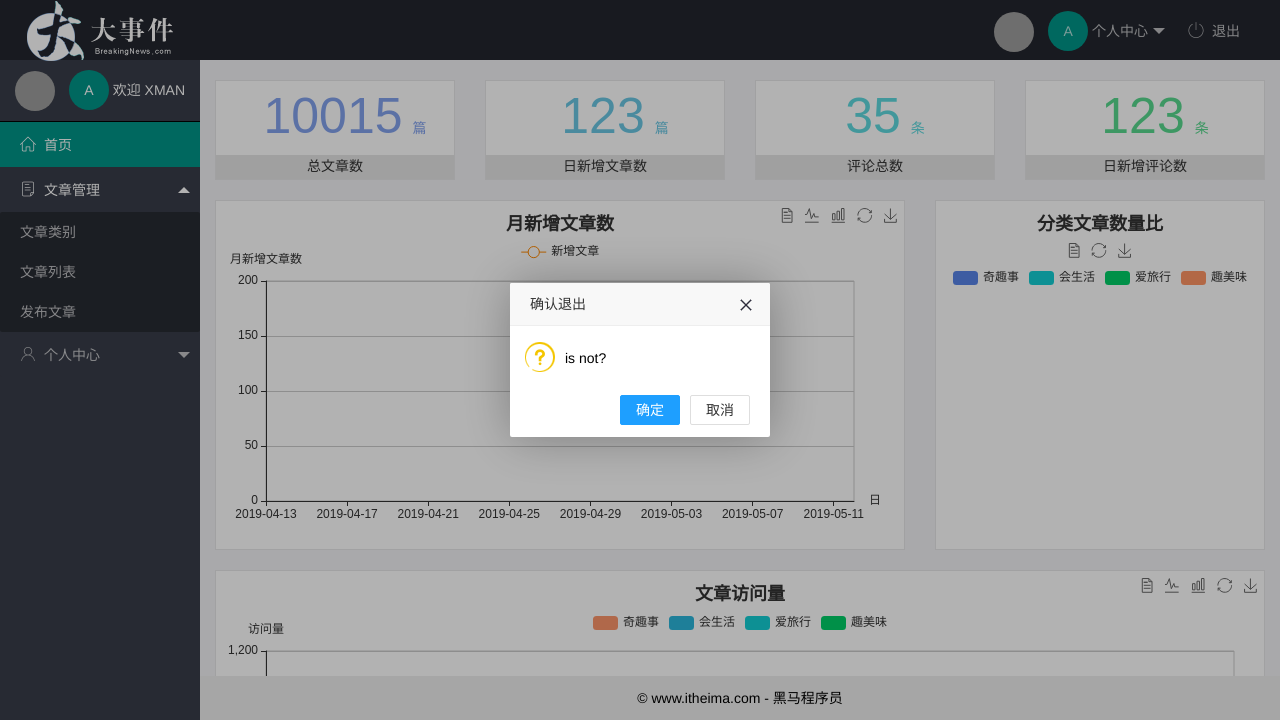
Repository: xxsleep/-
Page: home/index.html
The author's editor kept a copy of each file at every save. The page is drawn from the files as they stood at one save, then again after the next save.
The browser window is 1280 px wide. The pictures show the whole page.
After loading, the first visible `li.layui-nav-item` was clicked once.
Pictures or frames that could not be fetched are drawn as grey boxes. The page's requests for data from a server got no answer.

Above is the page before, as saved 2020-11-24 21:55:39.

### home/index.html
<!DOCTYPE html>
<html>

<head>
    <meta charset="utf-8">
    <meta name="viewport" content="width=device-width, initial-scale=1, maximum-scale=1">
    <title>75期大事件后台主页</title>
    <link rel="stylesheet" href="/assets/lib/layui/css/layui.css">
    <link rel="stylesheet" href="/assets/fonts/iconfont.css">
    <link rel="stylesheet" href="/assets/css/index.css">
</head>

<body class="layui-layout-body">
    <div class="layui-layout layui-layout-admin">
        <div class="layui-header">
            <div class="layui-logo">
                <img src="/assets/images/logo.png" alt="">
            </div>

            <ul class="layui-nav layui-layout-right">
                <li class="layui-nav-item">
                    <a href="javascript:;">
                        <img src="http://t.cn/RCzsdCq" class="layui-nav-img">
                        <span class="text-avatar">A</span>
                        个人中心
                    </a>
                    <dl class="layui-nav-child">
                        <dd><a href="">基本资料</a></dd>
                        <dd><a href="">更换头像</a></dd>
                        <dd><a href="">重置密码</a></dd>
                    </dl>
                </li>
                <li class="layui-nav-item"><a href=""><span class="iconfont icon-tuichu"></span>退出</a></li>
            </ul>
        </div>

        <div class="layui-side layui-bg-black">
            <div class="layui-side-scroll">
                <div class="userInfo">
                    <img src="http://t.cn/RCzsdCq" class="layui-nav-img">
                    <!-- text-avatar 文字头像 -->
                    <span class="text-avatar">A</span>
                    <span id="welcome">欢迎 XMAN</span>
                </div>
                <!-- 左侧导航区域（可配合layui已有的垂直导航） -->
                <ul class="layui-nav layui-nav-tree" lay-filter="test" lay-shrink="all">
                    <li class="layui-nav-item layui-this"><a href="/home/dashboard.html" target="layBody"><span
                                class="iconfont icon-home"></span>首页</a></li>

                    <li class="layui-nav-item layui-nav-itemed">
                        <a class="" href="javascript:;"><span class="iconfont icon-16"></span>文章管理</a>
                        <dl class="layui-nav-child">
                            <dd><a href="javascript:;">文章类别</a></dd>
                            <dd><a href="javascript:;">文章列表</a></dd>
                            <dd><a href="javascript:;">发布文章</a></dd>
                        </dl>
                    </li>
                    <li class="layui-nav-item">
                        <a href="javascript:;"><span class="iconfont icon-user"></span>个人中心</a>
                        <dl class="layui-nav-child">
                            <dd><a href="javascript:;">基本资料</a></dd>
                            <dd><a href="javascript:;">更换头像</a></dd>
                            <dd><a href="">重置密码</a></dd>
                        </dl>
                    </li>

                </ul>
            </div>
        </div>

        <div class="layui-body">
            <!-- 内容主体区域 -->
            <iframe src="/home/dashboard.html" frameborder="0" name="layBody"></iframe>
        </div>

        <div class="layui-footer">
            <!-- 底部固定区域 -->
            © www.itheima.com - 黑马程序员
        </div>
    </div>
    <script src="/assets/lib/jquery.js"></script>
    <script src="/assets/js/ajaxBase.js"></script>
    <script src="/assets/lib/layui/layui.all.js"></script>
    <script src="/assets/js/index.js"></script>
</body>

</html>

### assets/css/index.css
* {
    margin: 0;
    padding: 0;
}

.layui-footer {
    text-align: center;
}

.iconfont, .layui-icon {
    margin-right: 8px;
}

.layui-icon {
    margin-left: 20px;
}

iframe {
    width: 100%;
    height: 100%;
    background-color: #f2f3f5;
}

.layui-body {
    overflow: hidden;
}

.text-avatar {
    display: inline-block;
    width: 40px;
    height: 40px;
    border-radius: 50%;
    line-height: 40px;
    text-align: center;
    background-color: #009688;
}

.layui-nav-img {
    width: 40px;
    height: 40px;
}

.layui-side .userInfo {
    width: 200px;
    text-align: center;
    padding: 10px 0;
    border-bottom: 1px solid #000;
}

### assets/js/ajaxBase.js
$.ajaxPrefilter(function (options) {
    // 在每次jQ发送ajax请求前会执行该函数，通过该函数的形参options可以获取到每次ajax的配置项
    // 来修改每次请求的配置项
    options.url = "http://ajax.frontend.itheima.net" + options.url;

    if (options.url.indexOf("/my/") !== -1) {
        // 有 /my/ ==>  需要在请求头中携带 Authorization 身份认证字段
        options.headers = {
            Authorization: localStorage.getItem("token"),
        };
    }
});

### assets/js/index.js
$(function () {
    let layer = layui.layer
    $.ajax({
        url: '/my/userinfo',
        success: function (res) {
            console.log(res);
            if (res.status !== 0) {
                return layer.msg("获取用户信息失败！");
            }
            let name = res.data.nickname || res.data.username
            let first = name[0].toUpperCase()
            $('#welcome').text('欢迎' + name)

            if (res.data.user_pic) {
                $('.layui-nav-img').show().attr('src', res.data.user_pic).siblings('.text-avatar').hide()
            } else {
                $('.text-avatar').show().text(first).siblings('.layui-nav-img').hide()
            }
        }
    })
    $('.layui-nav-item').click(function () {
        layer.confirm('is not?', {
            icon: 3,
            title: '确认退出'
        }, function (index) {
            //do something
            localStorage.removeItem('token')
            location.href = '/home/login.html'
            layer.close(index);
        });
    })
})

### home/dashboard.html
<!DOCTYPE html>
<html lang="en">

<head>
  <meta charset="UTF-8">
  <meta name="viewport" content="width=device-width, initial-scale=1.0">
  <meta http-equiv="X-UA-Compatible" content="ie=edge">
  <title>图表统计</title>
  <link rel="stylesheet" href="../../assets/lib/bootstrap.css" />
  <link rel="stylesheet" href="../../assets/lib/main.css" />
  <script src="../../assets/lib/jquery.js"></script>
  <script type="text/javascript" src="../../assets/lib/echarts.min.js"></script>
</head>

<body>
  <div class="container-fluid">
    <div class="row spannel_list">
      <div class="col-sm-3 col-xs-6">
        <div class="spannel">
          <em>10015</em><span>篇</span>
          <b>总文章数</b>
        </div>
      </div>
      <div class="col-sm-3 col-xs-6">
        <div class="spannel scolor01">
          <em>123</em><span>篇</span>
          <b>日新增文章数</b>
        </div>
      </div>
      <div class="col-sm-3 col-xs-6">
        <div class="spannel scolor02">
          <em>35</em><span>条</span>
          <b>评论总数</b>
        </div>
      </div>
      <div class="col-sm-3 col-xs-6">
        <div class="spannel scolor03">
          <em>123</em><span>条</span>
          <b>日新增评论数</b>
        </div>
      </div>
    </div>
  </div>

  <div class="container-fluid">
    <div class="row curve-pie">
      <div class="col-lg-8 col-md-8">
        <div class="gragh_pannel" id="curve_show"></div>
      </div>
      <div class="col-lg-4 col-md-4">
        <div class="gragh_pannel" id="pie_show"></div>
      </div>
    </div>
  </div>

  <div class="container-fluid">
    <div class="column_pannel" id="column_show"></div>
  </div>

  <script>
    var oChart = echarts.init(document.getElementById('curve_show'));
    var aList_all = [
      { 'count': 36, 'date': '2019-04-13' },
      { 'count': 52, 'date': '2019-04-14' },
      { 'count': 78, 'date': '2019-04-15' },
      { 'count': 85, 'date': '2019-04-16' },
      { 'count': 65, 'date': '2019-04-17' },
      { 'count': 72, 'date': '2019-04-18' },
      { 'count': 88, 'date': '2019-04-19' },
      { 'count': 64, 'date': '2019-04-20' },
      { 'count': 72, 'date': '2019-04-21' },
      { 'count': 90, 'date': '2019-04-22' },
      { 'count': 96, 'date': '2019-04-23' },
      { 'count': 100, 'date': '2019-04-24' },
      { 'count': 102, 'date': '2019-04-25' },
      { 'count': 110, 'date': '2019-04-26' },
      { 'count': 123, 'date': '2019-04-27' },
      { 'count': 100, 'date': '2019-04-28' },
      { 'count': 132, 'date': '2019-04-29' },
      { 'count': 146, 'date': '2019-04-30' },
      { 'count': 200, 'date': '2019-05-01' },
      { 'count': 180, 'date': '2019-05-02' },
      { 'count': 163, 'date': '2019-05-03' },
      { 'count': 110, 'date': '2019-05-04' },
      { 'count': 80, 'date': '2019-05-05' },
      { 'count': 82, 'date': '2019-05-06' },
      { 'count': 70, 'date': '2019-05-07' },
      { 'count': 65, 'date': '2019-05-08' },
      { 'count': 54, 'date': '2019-05-09' },
      { 'count': 40, 'date': '2019-05-10' },
      { 'count': 45, 'date': '2019-05-11' },
      { 'count': 38, 'date': '2019-05-12' },
    ];

    let aCount = [];
    let aDate = [];

    for (var i = 0; i < aList_all.length; i++) {
      aCount.push(aList_all[i].count);
      aDate.push(aList_all[i].date);
    }

    var chartopt = {
      title: {
        text: '月新增文章数',
        left: 'center',
        top: '10'
      },
      tooltip: {
        trigger: 'axis'
      },
      legend: {
        data: ['新增文章'],
        top: '40'
      },
      toolbox: {
        show: true,
        feature: {
          mark: { show: true },
          dataView: { show: true, readOnly: false },
          magicType: { show: true, type: ['line', 'bar'] },
          restore: { show: true },
          saveAsImage: { show: true }
        }
      },
      calculable: true,
      xAxis: [
        {
          name: '日',
          type: 'category',
          boundaryGap: false,
          data: aDate
        }
      ],
      yAxis: [
        {
          name: '月新增文章数',
          type: 'value'
        }
      ],
      series: [
        {
          name: '新增文章',
          type: 'line',
          smooth: true,
          itemStyle: { normal: { areaStyle: { type: 'default' }, color: '#f80' }, lineStyle: { color: '#f80' } },
          data: aCount
        }],
      areaStyle: {
        normal: {
          color: new echarts.graphic.LinearGradient(0, 0, 0, 1, [{
            offset: 0,
            color: 'rgba(255,136,0,0.39)'
          }, {
            offset: .34,
            color: 'rgba(255,180,0,0.25)'
          }, {
            offset: 1,
            color: 'rgba(255,222,0,0.00)'
          }])

        }
      },
      grid: {
        show: true,
        x: 50,
        x2: 50,
        y: 80,
        height: 220
      }
    };

    oChart.setOption(chartopt);


    var oPie = echarts.init(document.getElementById('pie_show'));
    var oPieopt =
    {
      title: {
        top: 10,
        text: '分类文章数量比',
        x: 'center'
      },
      tooltip: {
        trigger: 'item',
        formatter: "{a} <br/>{b} : {c} ({d}%)"
      },
      color: ['#5885e8', '#13cfd5', '#00ce68', '#ff9565'],
      legend: {
        x: 'center',
        top: 65,
        data: ['奇趣事', '会生活', '爱旅行', '趣美味']
      },
      toolbox: {
        show: true,
        x: 'center',
        top: 35,
        feature: {
          mark: { show: true },
          dataView: { show: true, readOnly: false },
          magicType: {
            show: true,
            type: ['pie', 'funnel'],
            option: {
              funnel: {
                x: '25%',
                width: '50%',
                funnelAlign: 'left',
                max: 1548
              }
            }
          },
          restore: { show: true },
          saveAsImage: { show: true }
        }
      },
      calculable: true,
      series: [
        {
          name: '访问来源',
          type: 'pie',
          radius: ['45%', '60%'],
          center: ['50%', '65%'],
          data: [
            { value: 300, name: '奇趣事' },
            { value: 100, name: '会生活' },
            { value: 260, name: '爱旅行' },
            { value: 180, name: '趣美味' }
          ]
        }
      ]
    };
    oPie.setOption(oPieopt);



    var oColumn = this.echarts.init(document.getElementById('column_show'));
    var oColumnopt =
    {
      title: {
        text: '文章访问量',
        left: 'center',
        top: '10'
      },
      tooltip: {
        trigger: 'axis'
      },
      legend: {
        data: ['奇趣事', '会生活', '爱旅行', '趣美味'],
        top: '40'
      },
      toolbox: {
        show: true,
        feature: {
          mark: { show: true },
          dataView: { show: true, readOnly: false },
          magicType: { show: true, type: ['line', 'bar'] },
          restore: { show: true },
          saveAsImage: { show: true }
        }
      },
      calculable: true,
      xAxis: [
        {
          type: 'category',
          data: ['1月', '2月', '3月', '4月', '5月']
        }
      ],
      yAxis: [
        {
          name: '访问量',
          type: 'value'
        }
      ],
      series: [
        {
          name: '奇趣事',
          type: 'bar',
          barWidth: 20,
          itemStyle: {
            normal: { areaStyle: { type: 'default' }, color: '#fd956a' }
          },
          data: [800, 708, 920, 1090, 1200]
        },
        {
          name: '会生活',
          type: 'bar',
          barWidth: 20,
          itemStyle: {
            normal: { areaStyle: { type: 'default' }, color: '#2bb6db' }
          },
          data: [400, 468, 520, 690, 800]
        },
        {
          name: '爱旅行',
          type: 'bar',
          barWidth: 20,
          itemStyle: {
            normal: { areaStyle: { type: 'default' }, color: '#13cfd5' }
          },
          data: [500, 668, 520, 790, 900]
        },
        {
          name: '趣美味',
          type: 'bar',
          barWidth: 20,
          itemStyle: {
            normal: { areaStyle: { type: 'default' }, color: '#00ce68' }
          },
          data: [600, 508, 720, 890, 1000]
        }
      ],
      grid: {
        show: true,
        x: 50,
        x2: 30,
        y: 80,
        height: 260
      },
      dataZoom: [//给x轴设置滚动条
        {
          start: 0,//默认为0
          end: 100 - 1000 / 31,//默认为100
          type: 'slider',
          show: true,
          xAxisIndex: [0],
          handleSize: 0,//滑动条的 左右2个滑动条的大小
          height: 8,//组件高度
          left: 45, //左边的距离
          right: 50,//右边的距离
          bottom: 26,//右边的距离
          handleColor: '#ddd',//h滑动图标的颜色
          handleStyle: {
            borderColor: "#cacaca",
            borderWidth: "1",
            shadowBlur: 2,
            background: "#ddd",
            shadowColor: "#ddd",
          }
        }]
    };
    oColumn.setOption(oColumnopt);
  </script>
</body>

</html>

Loaded but not shown: assets/lib/layui/css/layui.css (library); assets/fonts/iconfont.css (common file); assets/lib/jquery.js (library); assets/lib/layui/layui.all.js (library); assets/lib/bootstrap.css (library); assets/lib/main.css (library); assets/lib/echarts.min.js (library); assets/lib/layui/css/modules/laydate/default/laydate.css (library); assets/lib/layui/css/modules/layer/default/layer.css (library); assets/lib/layui/css/modules/code.css (common file)

After the next save:
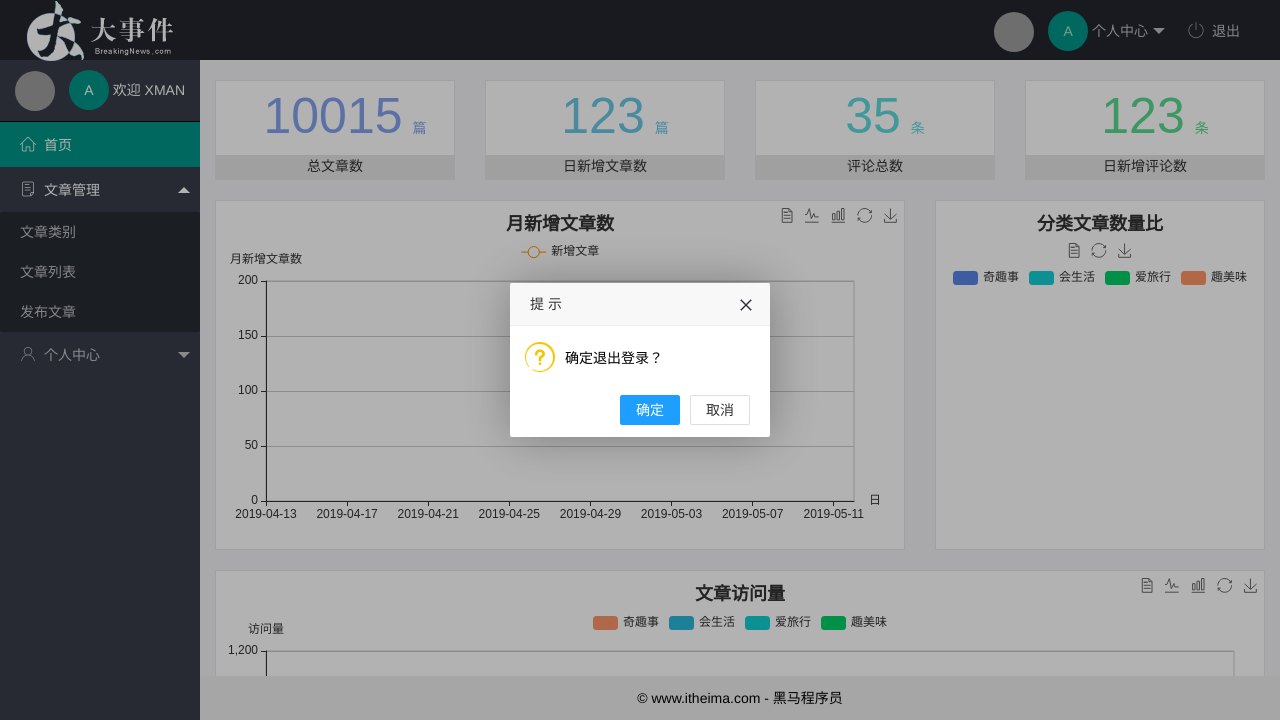
Saved 50 s later.
--- a/assets/js/index.js
+++ b/assets/js/index.js
@@ -19,9 +19,9 @@
         }
     })
     $('.layui-nav-item').click(function () {
-        layer.confirm('is not?', {
+        layer.confirm('确定退出登录？', {
             icon: 3,
-            title: '确认退出'
+            title: '提 示'
         }, function (index) {
             //do something
             localStorage.removeItem('token')
